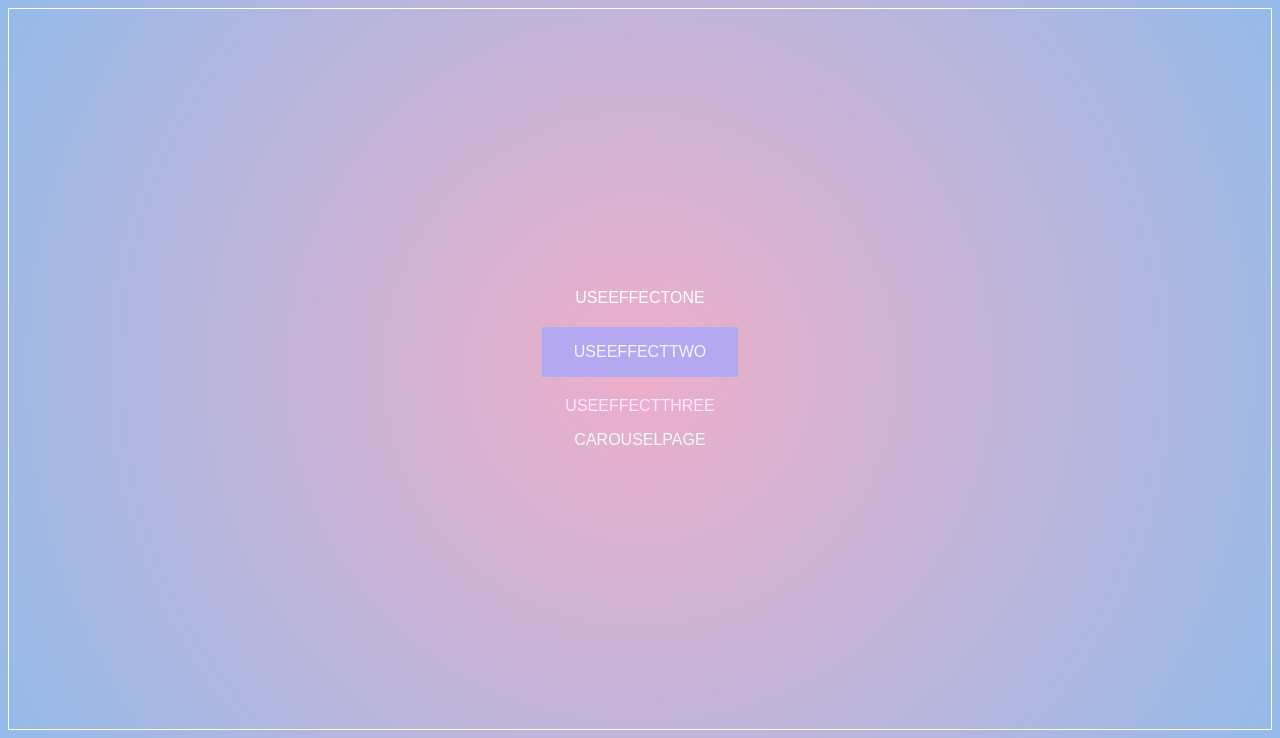
Repository: juliet-jskim/week-8-useEffect-carousel
Page: /
An editor plug-in stored every save of this project. The page is shown before and after the next save, followed by the edit.
The browser window is 1280 px wide. The pictures show the whole page.
The project was rebuilt for these pictures with package versions that can differ from the ones it lists, and the page was loaded fresh each time. The framework's server and built-in components were replaced by stand-ins that run in the browser. Also part of the build but not shown: next.config.js.

Above is the page before, as saved 2023-02-20 22:29:59.

### pages/index.js
import Head from 'next/head'
import styles from '@/styles/Home.module.css'
import Link from 'next/link'

export default function Home() {
  return (
    <>
      <Head>
        <title>Create Next App</title>
        <meta name="description" content="Generated by create next app" />
        <meta name="viewport" content="width=device-width, initial-scale=1" />
        <link rel="icon" href="/favicon.ico" />
      </Head>
      <main className={styles.main}>
        <div className={styles.link_one}>
          <Link style={{ textDecoration: 'none',  color: 'white' }} href="/useEffectOne">useEffectOne</Link>
        </div>
       <div className={styles.link_two}>
        <Link style={{ textDecoration: 'none', color: 'aliceBlue'}} href="/useEffectTwo">useEffectTwo</Link>
       </div>
       <div className={styles.link_three}>
        <Link style={{ textDecoration: 'none', color: 'rgb(252, 232, 255)' }} href="/useEffectThree">useEffectThree</Link>
       </div>
       <div className={styles.link_carousel}>
        <Link style={{ textDecoration: 'none', color: 'rgb(233, 255, 241)' }} href="/carouselPage">carouselPage</Link>
       </div>

      </main>
    </>
  )
}

### styles/globals.css
:root {
  /** add colors you want to add to all the pages here**/
  background: rgb(238,174,202);
  background: radial-gradient(circle, rgba(238,174,202,1) 0%, rgba(148,187,233,1) 100%);

}

### styles/Home.module.css
.main {
  display: flex;
  flex-direction: column;
  justify-content: center;
  gap: 1rem;
  align-items: center;
  /* padding-top: 10rem; */
  min-height: 100vh;
  border: 1px solid rgb(255, 255, 255);
  background: no-repeat;
}

.link_one{
  font-family: Arial, Helvetica, sans-serif;
  text-transform: uppercase;
  text-decoration: none;
  /* font-size: 1rem; */
}
.link_one:hover{
font-size: 1.4rem;
opacity: 0.6;
transition: 0.3s;
}

.link_two{
  font-family: Arial, Helvetica, sans-serif;
  text-transform: uppercase;
  text-decoration: none;
  background-color: #b4a9f1;
  border: none;
  padding: 1rem 2rem;
  text-align: center;
  font-size: 16px;
  margin: 4px 2px;
}
.link_two:hover{
  font-size: 1.4rem;
  opacity: 0.9;
  transition: 0.3s;
  }

.link_three{
  font-family: Arial, Helvetica, sans-serif;
  text-transform: uppercase;
  text-decoration: none;
}
.link_three:hover{
  font-size: 1.4rem;
  opacity: 0.6;
  transition: 0.3s;
  }

.link_carousel{
  font-family: Arial, Helvetica, sans-serif;
  text-transform: uppercase;
  text-decoration: none;
}
.link_carousel:hover{
  font-size: 1.4rem;
  opacity: 0.6;
  transition: 0.3s;
  }

Loaded but not shown: pages/_app.js (common file); pages/_document.js (common file)

After the next save:
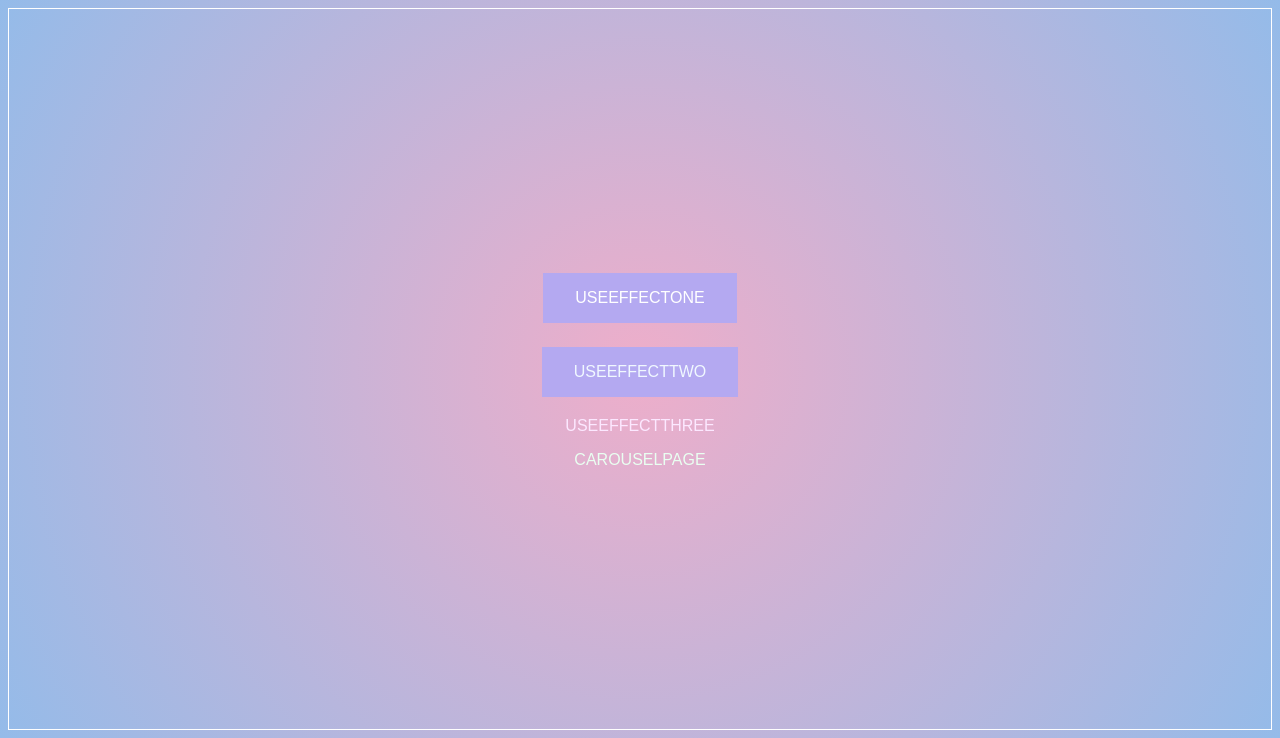
Saved 14 s later.
--- a/styles/Home.module.css
+++ b/styles/Home.module.css
@@ -14,7 +14,12 @@
   font-family: Arial, Helvetica, sans-serif;
   text-transform: uppercase;
   text-decoration: none;
-  /* font-size: 1rem; */
+  background-color: #b4a9f1;
+  border: none;
+  padding: 1rem 2rem;
+  text-align: center;
+  font-size: 16px;
+  margin: 4px 2px;
 }
 .link_one:hover{
 font-size: 1.4rem;
